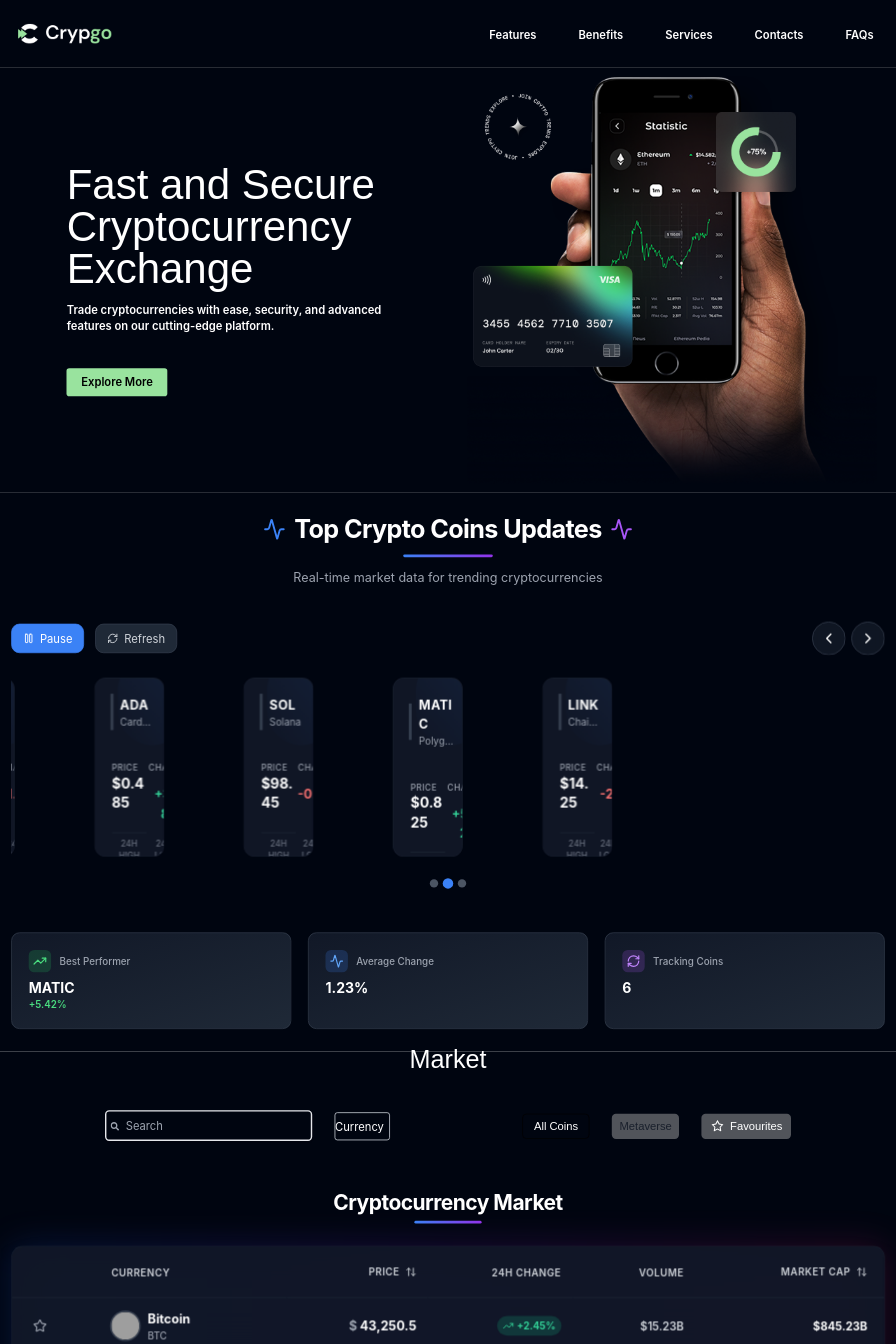
Repository: XaidenLabs/kingpad
Page: /
The author's editor kept a copy of each file at every save. The page is drawn from the files as they stood at one save, then again after the next save.
The browser window is 1280 px wide. The pictures show the part of the page from y = 0 to 1920 px (the page is 3091 px tall), at 70% of full size.
Pictures or frames that could not be fetched are drawn as grey boxes. The page's requests for data from a server got no answer. The project was rebuilt for these pictures with package versions that can differ from the ones it lists, and the page was loaded fresh each time. The framework's server and built-in components were replaced by stand-ins that run in the browser. No one was signed in, and anything a server would have sent is missing. Also part of the build but not shown: next.config.js, src/styles/HomeComnponent.module.css.

Above is the page before, as saved 2025-09-06 19:33:43.

### src/pages/_app.tsx
import '@/styles/globals.css'
import type { AppProps } from 'next/app'
import { ChakraProvider } from '@chakra-ui/react'
import store from '@/ReduxStore/FavouritesSlice'
import { Provider } from 'react-redux'

export default function App({ Component, pageProps }: AppProps) {
  return (
    <ChakraProvider>

      <Provider store={store}>
        <Component {...pageProps} />
      </Provider>

    </ChakraProvider>
  )
}

### src/pages/index.tsx
import Head from 'next/head'
import { Inter } from 'next/font/google'
import Navbar from '@/components/HomePageComponents/Navbar'
import HomeComnponent from '@/components/HomePageComponents/Home'
import TrendingCoins from '@/components/CoinDetailPageComponents/TrendingCoins'
import React from "react"
import Hero from '@/components/HomePageComponents/Hero'


const inter = Inter({ subsets: ['latin'] })
export default function Home() {

  return (
    <>
      <Head>
        <title>Crypgo</title>
        <meta name="description" content="Generated by create next app" />
        <meta name="viewport" content="width=device-width, initial-scale=1" />
        <link rel="icon" href="/favicon.ico" />
      </Head>

      <div>
        <nav className='maincolor'>
          <Navbar />
        </nav>

        <nav className='maincolor'>
          <Hero />
        </nav>

        <div className=' flex justify-evenly flex-wrap gap-10'>
          <div className=''>
            <nav className='maincolor'>
              <TrendingCoins />
            </nav>
            <nav className='maincolor'>
              <HomeComnponent />
            </nav>
          </div>

        </div>
      </div>

    </>
  )
}

### src/ReduxStore/FavouritesSlice.ts
import { configureStore } from "@reduxjs/toolkit";
import { createSlice } from "@reduxjs/toolkit";




type CryptoCoin = {
  id: string;
  price: number;
  image: string;
  name: string;
};

const favouriteSlice = createSlice({
    name: "favourites",
   // initialState: { list: [] },
   initialState: { list: [] as CryptoCoin[] }, // specify the type of the array as CryptoCoin[]

    reducers: {
        addToFavourites(state, action) {
            const newItem = action.payload;
            const existingItem = state.list.find((item) => item.id === newItem.id);

            if (!existingItem) {
                state.list.push({
                    id: newItem.id,
                    price: newItem.current_price,
                    image: newItem.image,
                    name: newItem.id,
                });
            }

        },

        removeFromFavourites(state, action) {
            const name = action.payload.id;
            const existingItem = state.list.find(item => item.name === name);
            state.list = state.list.filter(item => item.name !== name);
        }
    }

})

const store = configureStore({ reducer: { favourites: favouriteSlice.reducer } });

export default store;

export const favouritesActions=favouriteSlice.actions;

### src/components/CoinDetailPageComponents/TrendingCoins.tsx
import React, { useState, useEffect, useCallback, memo } from 'react';
import {
  TrendingUp,
  TrendingDown,
  RefreshCw,
  ArrowUpRight,
  ChevronLeft,
  ChevronRight,
  Play,
  Pause,
  Activity
} from 'lucide-react';

type topCoinObj = {
  coinName?: string;
  image: string;
  percentChange?: number;
  current_price: number;
  id: string;
  symbol: string;
  price_change_percentage_24h: number;
  high_24h: number;
  low_24h: number;
};

// Sample data for demo
const sampleData: topCoinObj[] = [
  {
    id: 'bitcoin',
    image: 'https://coin-images.coingecko.com/coins/images/1/small/bitcoin.png',
    symbol: 'btc',
    current_price: 43250.50,
    price_change_percentage_24h: 2.45,
    high_24h: 44100.25,
    low_24h: 42800.75
  },
  {
    id: 'ethereum',
    image: 'https://coin-images.coingecko.com/coins/images/279/small/ethereum.png',
    symbol: 'eth',
    current_price: 2650.75,
    price_change_percentage_24h: -1.23,
    high_24h: 2720.50,
    low_24h: 2590.25
  },
  {
    id: 'cardano',
    image: 'https://coin-images.coingecko.com/coins/images/975/small/cardano.png',
    symbol: 'ada',
    current_price: 0.485,
    price_change_percentage_24h: 3.78,
    high_24h: 0.492,
    low_24h: 0.465
  },
  {
    id: 'solana',
    image: 'https://coin-images.coingecko.com/coins/images/4128/small/solana.png',
    symbol: 'sol',
    current_price: 98.45,
    price_change_percentage_24h: -0.87,
    high_24h: 102.30,
    low_24h: 96.20
  },
  {
    id: 'polygon',
    image: 'https://coin-images.coingecko.com/coins/images/4713/small/matic-token-icon.png',
    symbol: 'matic',
    current_price: 0.825,
    price_change_percentage_24h: 5.42,
    high_24h: 0.850,
    low_24h: 0.780
  },
  {
    id: 'chainlink',
    image: 'https://coin-images.coingecko.com/coins/images/877/small/chainlink-new-logo.png',
    symbol: 'link',
    current_price: 14.25,
    price_change_percentage_24h: -2.15,
    high_24h: 14.85,
    low_24h: 13.90
  }
];

const TrendingCoins = () => {
  const [topCoins, setTopCoins] = useState<topCoinObj[]>([]);
  const [error, setError] = useState<string | null>(null);
  const [loading, setLoading] = useState(true);
  const [currentIndex, setCurrentIndex] = useState(0);
  const [isPlaying, setIsPlaying] = useState(true);
  const [itemsPerView, setItemsPerView] = useState(4);

  // Responsive items per view
  useEffect(() => {
    const updateItemsPerView = () => {
      if (window.innerWidth < 640) setItemsPerView(1);
      else if (window.innerWidth < 1024) setItemsPerView(2);
      else if (window.innerWidth < 1280) setItemsPerView(3);
      else setItemsPerView(4);
    };

    updateItemsPerView();
    window.addEventListener('resize', updateItemsPerView);
    return () => window.removeEventListener('resize', updateItemsPerView);
  }, []);

  const fetchCoinData = useCallback(async () => {
    try {
      setError(null);
      setLoading(true);

      // Simulate API call - replace with actual API call
      await new Promise(resolve => setTimeout(resolve, 1000));
      setTopCoins(sampleData);
      setLoading(false);
    } catch (error) {
      console.error('Error fetching coin data:', error);
      setError('Failed to load trending coins. Please try again.');
      setLoading(false);
    }
  }, []);

  useEffect(() => {
    fetchCoinData();
  }, [fetchCoinData]);

  // Auto-play functionality
  useEffect(() => {
    if (!isPlaying || topCoins.length === 0) return;

    const interval = setInterval(() => {
      setCurrentIndex(prev => {
        const maxIndex = Math.max(0, topCoins.length - itemsPerView);
        return prev >= maxIndex ? 0 : prev + 1;
      });
    }, 3000);

    return () => clearInterval(interval);
  }, [isPlaying, topCoins.length, itemsPerView]);

  const nextSlide = () => {
    const maxIndex = Math.max(0, topCoins.length - itemsPerView);
    setCurrentIndex(prev => (prev >= maxIndex ? 0 : prev + 1));
  };

  const prevSlide = () => {
    const maxIndex = Math.max(0, topCoins.length - itemsPerView);
    setCurrentIndex(prev => (prev <= 0 ? maxIndex : prev - 1));
  };

  const formatNumber = (num: number) => {
    if (num >= 1e9) return (num / 1e9).toFixed(2) + 'B';
    if (num >= 1e6) return (num / 1e6).toFixed(2) + 'M';
    if (num >= 1e3) return (num / 1e3).toFixed(2) + 'K';
    return num.toLocaleString();
  };

  // eslint-disable-next-line react/display-name
  const CoinCard = memo(({ item, index }: { item: topCoinObj; index: number }) => {
    const isPositive = item.price_change_percentage_24h > 0;

    return (
      <div
        className="relative group cursor-pointer transform transition-all duration-500 hover:scale-105"
        style={{ animationDelay: `${index * 100}ms` }}
      >
        {/* Glow effect */}
        <div className="absolute -inset-1 bg-gradient-to-r from-blue-600 via-purple-600 to-pink-600 rounded-2xl blur opacity-0 group-hover:opacity-75 transition duration-500"></div>

        {/* Main card */}
        <div className="relative w-[100px] bg-gray-900/95 backdrop-blur-xl rounded-2xl border border-gray-800/50 p-6 h-64 flex flex-col justify-between overflow-hidden">
          {/* Background pattern */}
          <div className="absolute top-0 right-0 w-32 h-32 bg-gradient-to-bl from-blue-500/10 to-transparent rounded-full transform translate-x-8 -translate-y-8"></div>

          {/* Header */}
          <div className="flex justify-between items-start relative z-10">
            <div className="flex items-center gap-3">
              <div className="relative">
                <img
                  src={item.image}
                  alt={item.symbol}
                  className="w-12 h-12 rounded-full ring-2 ring-gray-700 group-hover:ring-blue-500 transition-all duration-300"
                />
                <div className="absolute -inset-1 bg-gradient-to-r from-blue-500 to-purple-600 rounded-full opacity-0 group-hover:opacity-20 transition-opacity duration-300"></div>
              </div>

              <div>
                <h3 className="font-bold text-white text-lg uppercase tracking-wide">
                  {item.symbol}
                </h3>
                <p className="text-gray-400 text-sm capitalize truncate max-w-[100px]">
                  {item.id}
                </p>
              </div>
            </div>

            <ArrowUpRight className="w-6 h-6 text-gray-400 group-hover:text-white group-hover:scale-110 transition-all duration-300" />
          </div>

          {/* Divider with glow */}
          <div className="h-px bg-gradient-to-r from-transparent via-gray-600 to-transparent my-4 group-hover:via-blue-500 transition-all duration-300"></div>

          {/* Price section */}
          <div className="space-y-3 relative z-10">
            <div className="flex justify-between items-center">
              <div>
                <p className="text-gray-400 text-xs font-medium uppercase tracking-wider">Price</p>
                <p className="text-white font-bold text-xl">
                  ${formatNumber(item.current_price)}
                </p>
              </div>

              <div className="text-right">
                <p className="text-gray-400 text-xs font-medium uppercase tracking-wider">24h Change</p>
                <div className={`flex items-center gap-1 justify-end ${
                  isPositive ? 'text-emerald-400' : 'text-red-400'
                }`}>
                  {isPositive ? (
                    <TrendingUp className="w-4 h-4" />
                  ) : (
                    <TrendingDown className="w-4 h-4" />
                  )}
                  <span className="font-bold text-lg">
                    {isPositive ? '+' : ''}{item.price_change_percentage_24h.toFixed(2)}%
                  </span>
                </div>
              </div>
            </div>

            {/* High/Low section */}
            <div className="flex justify-between items-center pt-2 border-t border-gray-800 group-hover:border-gray-700 transition-colors">
              <div className="text-center">
                <p className="text-gray-500 text-xs font-medium">24H HIGH</p>
                <p className="text-emerald-400 font-semibold text-sm flex items-center gap-1">
                  <TrendingUp className="w-3 h-3" />
                  ${formatNumber(item.high_24h)}
                </p>
              </div>

              <div className="text-center">
                <p className="text-gray-500 text-xs font-medium">24H LOW</p>
                <p className="text-red-400 font-semibold text-sm flex items-center gap-1">
                  <TrendingDown className="w-3 h-3" />
                  ${formatNumber(item.low_24h)}
                </p>
              </div>
            </div>
          </div>

          {/* Hover overlay */}
          <div className="absolute inset-0 bg-gradient-to-t from-blue-600/10 to-transparent opacity-0 group-hover:opacity-100 transition-opacity duration-300 rounded-2xl"></div>
        </div>
      </div>
    );
  });

  // Loading skeleton
  const SkeletonCard = ({ index }: { index: number }) => (
    <div
      className="bg-gray-900/95 backdrop-blur-xl rounded-2xl border border-gray-800/50 p-6 h-52 relative overflow-hidden"
      style={{ animationDelay: `${index * 100}ms` }}
    >
      <div className="absolute inset-0 bg-gradient-to-r from-transparent via-gray-700/50 to-transparent animate-pulse"></div>

      <div className="flex justify-between items-start mb-4">
        <div className="flex items-center gap-3">
          <div className="w-12 h-12 bg-gray-700 rounded-full animate-pulse"></div>
          <div className="space-y-2">
            <div className="w-16 h-4 bg-gray-700 rounded animate-pulse"></div>
            <div className="w-20 h-3 bg-gray-700 rounded animate-pulse"></div>
          </div>
        </div>
        <div className="w-6 h-6 bg-gray-700 rounded animate-pulse"></div>
      </div>

      <div className="h-px bg-gray-700 my-4"></div>

      <div className="space-y-3">
        <div className="flex justify-between">
          <div className="space-y-2">
            <div className="w-12 h-3 bg-gray-700 rounded animate-pulse"></div>
            <div className="w-20 h-5 bg-gray-700 rounded animate-pulse"></div>
          </div>
          <div className="space-y-2">
            <div className="w-16 h-3 bg-gray-700 rounded animate-pulse"></div>
            <div className="w-14 h-5 bg-gray-700 rounded animate-pulse"></div>
          </div>
        </div>
        <div className="flex justify-between pt-2">
          <div className="w-16 h-4 bg-gray-700 rounded animate-pulse"></div>
          <div className="w-16 h-4 bg-gray-700 rounded animate-pulse"></div>
        </div>
      </div>
    </div>
  );

  return (
    <div className="w-full max-w-7xl mx-auto px-4 py-8">
      {/* Header */}
      <div className="text-center mb-12">
        <div className="flex items-center justify-center gap-3 mb-4">
          <Activity className="w-8 h-8 text-blue-500" />
          <h2 className="text-4xl font-bold text-white tracking-tight">
            Top Crypto Coins Updates
          </h2>
          <Activity className="w-8 h-8 text-purple-500" />
        </div>
        <div className="w-32 h-1 bg-gradient-to-r from-blue-500 to-purple-600 mx-auto rounded-full"></div>
        <p className="text-gray-400 mt-4 text-lg">Real-time market data for trending cryptocurrencies</p>
      </div>

      {/* Error State */}
      {error && (
        <div className="text-center py-12">
          <div className="bg-red-500/20 backdrop-blur-xl rounded-2xl border border-red-500/30 p-8 max-w-md mx-auto">
            <div className="w-16 h-16 bg-red-500/20 rounded-full flex items-center justify-center mx-auto mb-4">
              <RefreshCw className="w-8 h-8 text-red-400" />
            </div>
            <p className="text-red-400 text-lg font-semibold mb-4">{error}</p>
            <button
              onClick={fetchCoinData}
              className="flex items-center gap-2 bg-red-500 hover:bg-red-600 text-white px-6 py-3 rounded-xl font-semibold transition-all mx-auto"
            >
              <RefreshCw className="w-5 h-5" />
              Retry
            </button>
          </div>
        </div>
      )}

      {/* Main Carousel Container */}
      {!error && (
        <div className="relative">
          {/* Controls */}
          <div className="flex justify-between items-center mb-8">
            <div className="flex items-center gap-4">
              <button
                onClick={() => setIsPlaying(!isPlaying)}
                className={`flex items-center gap-2 px-4 py-2 rounded-xl border transition-all ${
                  isPlaying
                    ? 'bg-blue-500 border-blue-500 text-white'
                    : 'bg-gray-800 border-gray-700 text-gray-300 hover:bg-gray-700'
                }`}
              >
                {isPlaying ? <Pause className="w-4 h-4" /> : <Play className="w-4 h-4" />}
                {isPlaying ? 'Pause' : 'Play'}
              </button>

              <button
                onClick={fetchCoinData}
                className="flex items-center gap-2 px-4 py-2 bg-gray-800 border border-gray-700 text-gray-300 hover:bg-gray-700 rounded-xl transition-all"
                disabled={loading}
              >
                <RefreshCw className={`w-4 h-4 ${loading ? 'animate-spin' : ''}`} />
                Refresh
              </button>
            </div>

            {/* Navigation Arrows */}
            {topCoins.length > itemsPerView && (
              <div className="flex gap-2">
                <button
                  onClick={prevSlide}
                  className="w-12 h-12 bg-gray-800/50 backdrop-blur border border-gray-700 rounded-full flex items-center justify-center text-white hover:bg-gray-700/50 hover:scale-110 transition-all"
                >
                  <ChevronLeft className="w-6 h-6" />
                </button>
                <button
                  onClick={nextSlide}
                  className="w-12 h-12 bg-gray-800/50 backdrop-blur border border-gray-700 rounded-full flex items-center justify-center text-white hover:bg-gray-700/50 hover:scale-110 transition-all"
                >
                  <ChevronRight className="w-6 h-6" />
                </button>
              </div>
            )}
          </div>

          {/* Carousel Container */}
          <div className="relative overflow-hidden">
            <div
              className="flex transition-transform duration-500 ease-in-out gap-8"
              style={{
                transform: `translateX(-${currentIndex * (100 / itemsPerView)}%)`,
                width: `${(topCoins.length / itemsPerView) * 100}%`
              }}
            >
              {loading ? (
                // Loading skeletons
                Array.from({ length: 6 }, (_, index) => (
                  <div key={index} style={{ width: `${100 / itemsPerView}%` }} className="px-1">
                    <SkeletonCard index={index} />
                  </div>
                ))
              ) : (
                // Actual coins
                topCoins.map((coin, index) => (
                  <div key={coin.id} style={{ width: `${100 / itemsPerView}%` }} className="px-1">
                    <CoinCard item={coin} index={index} />
                  </div>
                ))
              )}
            </div>
          </div>

          {/* Dots Indicator */}
          {topCoins.length > itemsPerView && (
            <div className="flex justify-center gap-2 mt-8">
              {Array.from({ length: Math.max(0, topCoins.length - itemsPerView + 1) }, (_, index) => (
                <button
                  key={index}
                  onClick={() => setCurrentIndex(index)}
                  className={`w-3 h-3 rounded-full transition-all ${
                    currentIndex === index
                      ? 'bg-blue-500 scale-125'
                      : 'bg-gray-600 hover:bg-gray-500'
                  }`}
                />
              ))}
            </div>
          )}
        </div>
      )}

      {/* Market Summary */}
      {!loading && topCoins.length > 0 && (
        <div className="mt-16 grid grid-cols-1 md:grid-cols-3 gap-6">
          <div className="bg-gradient-to-br from-gray-900 to-gray-800 p-6 rounded-xl border border-gray-700">
            <div className="flex items-center gap-3 mb-2">
              <div className="w-8 h-8 bg-green-500/20 rounded-lg flex items-center justify-center">
                <TrendingUp className="w-5 h-5 text-green-400" />
              </div>
              <span className="text-gray-400 text-sm font-medium">Best Performer</span>
            </div>
            <div className="text-white text-xl font-bold">
              {topCoins.reduce((max, coin) => coin.price_change_percentage_24h > max.price_change_percentage_24h ? coin : max).symbol.toUpperCase()}
            </div>
            <div className="text-green-400 text-sm font-semibold">
              +{Math.max(...topCoins.map(coin => coin.price_change_percentage_24h)).toFixed(2)}%
            </div>
          </div>

          <div className="bg-gradient-to-br from-gray-900 to-gray-800 p-6 rounded-xl border border-gray-700">
            <div className="flex items-center gap-3 mb-2">
              <div className="w-8 h-8 bg-blue-500/20 rounded-lg flex items-center justify-center">
                <Activity className="w-5 h-5 text-blue-400" />
              </div>
              <span className="text-gray-400 text-sm font-medium">Average Change</span>
            </div>
            <div className="text-white text-xl font-bold">
              {(topCoins.reduce((sum, coin) => sum + coin.price_change_percentage_24h, 0) / topCoins.length).toFixed(2)}%
            </div>
          </div>

          <div className="bg-gradient-to-br from-gray-900 to-gray-800 p-6 rounded-xl border border-gray-700">
            <div className="flex items-center gap-3 mb-2">
              <div className="w-8 h-8 bg-purple-500/20 rounded-lg flex items-center justify-center">
                <RefreshCw className="w-5 h-5 text-purple-400" />
              </div>
              <span className="text-gray-400 text-sm font-medium">Tracking Coins</span>
            </div>
            <div className="text-white text-xl font-bold">{topCoins.length}</div>
          </div>
        </div>
      )}
    </div>
  );
};

export default TrendingCoins;

Loaded but not shown: src/pages/_document.tsx (common file); tailwind.config.js (8 lines, source omitted); src/components/HomePageComponents/Home.tsx (418 lines, source omitted); src/components/CoinDetailPageComponents/CryptoTable.tsx (328 lines, source omitted); src/styles/globals.css (374 lines, source omitted); src/components/HomePageComponents/Footer.tsx (49 lines, source omitted); src/components/HomePageComponents/Navbar.tsx (58 lines, source omitted); src/components/HomePageComponents/Hero.tsx (59 lines, source omitted)

After the next save:
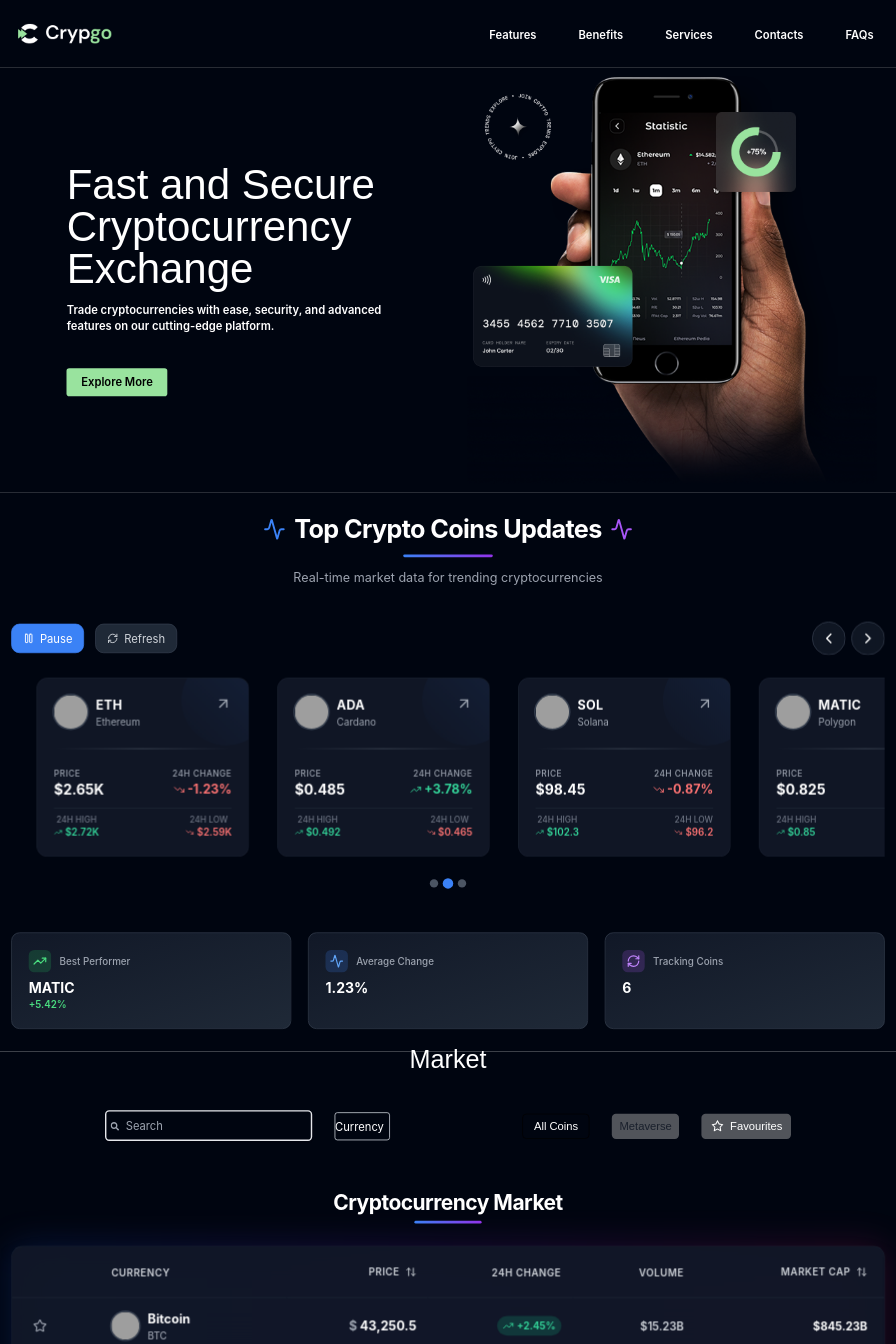
Saved 43 s later.
--- a/src/components/CoinDetailPageComponents/TrendingCoins.tsx
+++ b/src/components/CoinDetailPageComponents/TrendingCoins.tsx
@@ -167,7 +167,7 @@ const TrendingCoins = () => {
         <div className="absolute -inset-1 bg-gradient-to-r from-blue-600 via-purple-600 to-pink-600 rounded-2xl blur opacity-0 group-hover:opacity-75 transition duration-500"></div>
 
         {/* Main card */}
-        <div className="relative w-[100px] bg-gray-900/95 backdrop-blur-xl rounded-2xl border border-gray-800/50 p-6 h-64 flex flex-col justify-between overflow-hidden">
+        <div className="relative w-[100vh] bg-gray-900/95 backdrop-blur-xl rounded-2xl border border-gray-800/50 p-6 h-64 flex flex-col justify-between overflow-hidden">
           {/* Background pattern */}
           <div className="absolute top-0 right-0 w-32 h-32 bg-gradient-to-bl from-blue-500/10 to-transparent rounded-full transform translate-x-8 -translate-y-8"></div>
 
